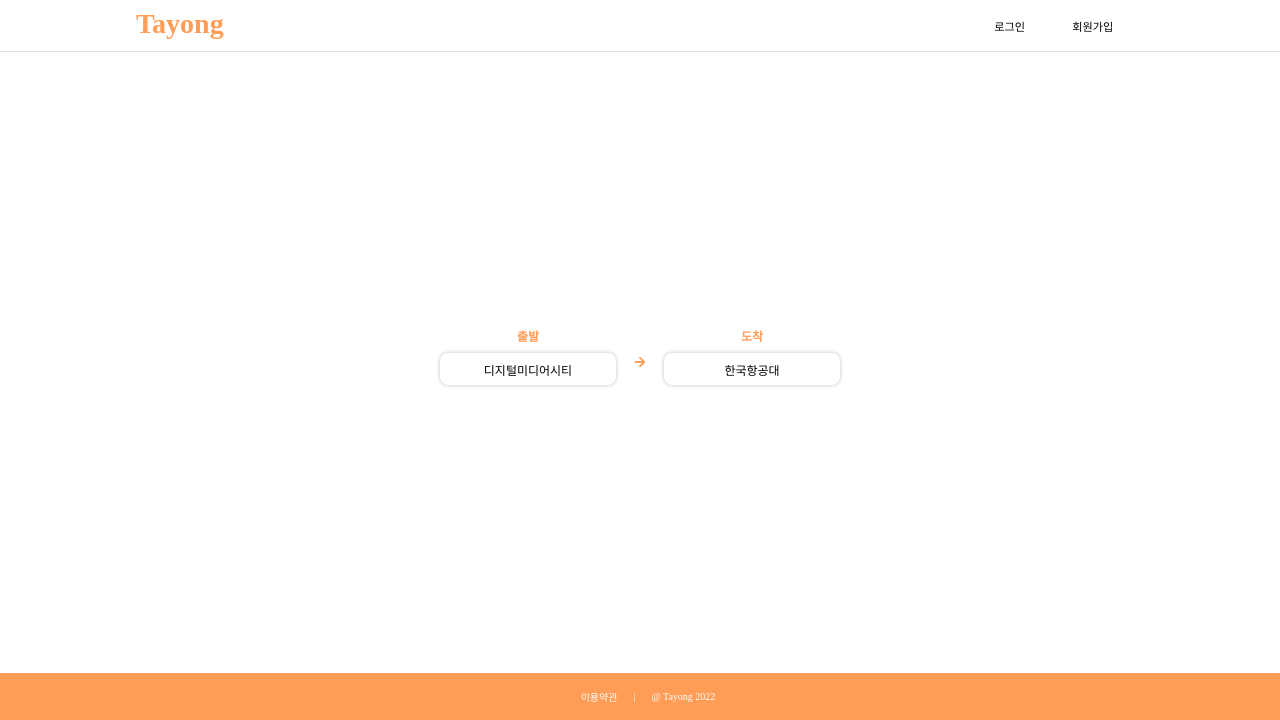
Repository: YEOMJINSEOP/playground
Page: /list (app in tayong/)
The author's editor kept a copy of each file at every save. The page is drawn from the files as they stood at one save, then again after the next save.
The browser window is 1280 px wide. The pictures show the whole page.
The project was rebuilt for these pictures with package versions that can differ from the ones it lists, and the page was loaded fresh each time. Also part of the build but not shown: tayong/src/components/departure/departure.module.css, tayong/src/components/departure/departure.jsx, tayong/src/components/arrival/arrival.module.css, tayong/src/components/arrival/arrival.jsx, tayong/src/components/locationSelector/locationSelector.jsx, tayong/src/pages/Home.jsx.

Above is the page before, as saved 2022-11-01 13:49:15.

### tayong/public/index.html
<!DOCTYPE html>
<html lang="en">
  <head>
    <base href="/" />
    <meta charset="utf-8" />
    <link rel="icon" href="%PUBLIC_URL%/favicon.ico" />
    <meta name="viewport" content="width=device-width, initial-scale=1" />
    <meta name="theme-color" content="#000000" />
    <meta
      name="description"
      content="Web site created using create-react-app"
    />
    <link rel="apple-touch-icon" href="%PUBLIC_URL%/logo192.png" />
    <!--
      manifest.json provides metadata used when your web app is installed on a
      user's mobile device or desktop. See https://developers.google.com/web/fundamentals/web-app-manifest/
    -->
    <link rel="manifest" href="%PUBLIC_URL%/manifest.json" />
    <!--
      Notice the use of %PUBLIC_URL% in the tags above.
      It will be replaced with the URL of the `public` folder during the build.
      Only files inside the `public` folder can be referenced from the HTML.

      Unlike "/favicon.ico" or "favicon.ico", "%PUBLIC_URL%/favicon.ico" will
      work correctly both with client-side routing and a non-root public URL.
      Learn how to configure a non-root public URL by running `npm run build`.
    -->
    <title>React App</title>
  </head>
  <body>
    <noscript>You need to enable JavaScript to run this app.</noscript>
    <div id="root"></div>
    <!--
      This HTML file is a template.
      If you open it directly in the browser, you will see an empty page.

      You can add webfonts, meta tags, or analytics to this file.
      The build step will place the bundled scripts into the <body> tag.

      To begin the development, run `npm start` or `yarn start`.
      To create a production bundle, use `npm run build` or `yarn build`.
    -->
  </body>
</html>

### tayong/src/App.js
import styles from './App.module.css';
import { createBrowserRouter, RouterProvider } from 'react-router-dom';
import Home from './pages/Home';
import List from './pages/List';

const router = createBrowserRouter([
  {
    path: "/",
    element: <Home/>,
    errorElement: <p>Error Page🐶</p>
  },
  {
    path: "/list/*",
    element: <List/>,
    errorElement: <p>Error Page🐶: list</p>
  }
])

function App() {


  return (
    <RouterProvider router={router}/>
  );
}

export default App;

### tayong/src/App.module.css
:root{

  /* color */
  --color-orange: #FF9C55;
  --color-light-grey: #e0e0e0;
  --color-white: #ffffff;
  --color-black: #201F1E;

  /* font size */
  --font-large: 48px;
  --font-medium: 28px;
  --font-regular: 18px;
  --font-small: 14px;
  --font-semi-small: 12px;
  --font-micro: 10px;

  /* font weight */
  --weight-bold: 700;
  --weight-semi-bold: 600;
  --weight-regular: 400;

 /* border weight */
 --border-weight: 1.5px;

 /* border radius */
 --border-radius: 0.7rem;
}

/* universal setting*/
*{
  margin: 0;
  box-sizing: border-box;
}

input:focus{
  outline: none;
}

button{
  border: none;
  cursor: pointer;
  background-color: transparent;
}

### tayong/src/pages/List.jsx
import React from 'react';
import Footer from '../components/footer/footer';
import Header from '../components/header/header';
import MeetList from '../components/list/meetList';

function List(props) {
  return (
    <>
      <Header/>
      <MeetList/>
      <Footer/>
    </>
  );
}

export default List;

### tayong/src/components/header/header.jsx
import React from 'react';
import styles from './header.module.css';

function Header(props) {
  return (
    <>
      <nav className={styles.navbar}>
        <p className={styles.logo}>Tayong</p>
        <div className={styles.navbarBtn}>
          <button className={styles.btn}>로그인</button>
          <button className={styles.btn}>회원가입</button>
        </div>
      </nav>
    </>
  );
}

export default Header;

### tayong/src/components/footer/footer.jsx
import React from 'react';
import styles from './footer.module.css';

function Footer(props) {
  return (
     <footer className={styles.footer}>
      <p className={styles.contract}>이용약관</p>
      <p> | </p>
      <p className={styles.name}>@ Tayong 2022</p>
     </footer>
  );
}

export default Footer;

### tayong/src/components/list/meetList.jsx
import React, { useEffect } from 'react';
import { useState } from 'react';
import styles from './meetList.module.css';
import { FaArrowRight } from 'react-icons/fa';
import { useParams } from 'react-router-dom';


function MeetList(props) {
  const [meetList, setMeetList] = useState([]);
  let param = useParams();
  console.log(param['*']);

  useEffect(() => {
    fetch('data/meet.json')
    .then(res => res.json())
    .then(data => {
      console.log('데이터를 잘 받아왔습니다.');
      setMeetList(data);
    });
  }, [])

  return (
    <div className={styles.meetList}>
      <div className={styles.location}>
        <div className={styles.locationDeparture}>
          <label htmlFor='departure'>출발</label>
          <input
              type="text"
              id='departure'
              name='departure'
              value = '디지털미디어시티'
              onChange={() => {
                console.log('');
              }}
          />
        </div>
      <FaArrowRight className={styles.locationArrow}/>
      <div className={styles.locationArrival}>
        <label htmlFor='arrival'>도착</label>
          <input
              type="text"
              id='arrival'
              name='arrival'
              value = '한국항공대'
              onChange={() => {
                console.log('');
              }}
          />
        </div>
      </div>

      <div className={styles.listContainer}>
        <ul className={styles.list}>
          {meetList.map((item) => {
            if(item.departure == param['*']){
              return (
                <li className={styles.meet} key={item.id}>
                  <div className={styles.infoImage}></div>
                  <div className={styles.infoLocation}>
                    <p className={styles.infoDeparture}><span>출발</span>{item.departure}</p>
                    <FaArrowRight className={styles.arrow}/>
                    <p><span>도착</span>{item.arrival}</p>
                  </div>
                  <div className={styles.infoSet}>
                    <p className={styles.infoRecruitment}><span>모집인원</span>{item.recruitment}</p>
                    <p className={styles.infoTime}><span>마감시간</span>{item.remainingTime}</p>
                  </div>
                </li>
                )
            }
          })}
        </ul>
      </div>

      <ul className={styles.list}>
        {meetList.map((item) => {
          if(item.departure == param['*']){
            return (
              <li className={styles.meet} key={item.id}>
                <div className={styles.infoImage}></div>
                <div className={styles.infoLocation}>
                  <p className={styles.infoDeparture}><span>출발</span>{item.departure}</p>
                  <FaArrowRight className={styles.arrow}/>
                  <p><span>도착</span>{item.arrival}</p>
                </div>
                <div className={styles.infoSet}>
                  <p className={styles.infoRecruitment}><span>모집인원</span>{item.recruitment}</p>
                  <p className={styles.infoTime}><span>마감시간</span>{item.remainingTime}</p>
                </div>
              </li>
              )
          }
        })}
      </ul>
    </div>
  );
}

export default MeetList;

### tayong/src/components/header/header.module.css
@import '../../App.module.css';

button{
  width: 4rem;
  font-size: 0.7rem;
}

.navbar{
  width: 100%;
  padding: 0.5rem;

  position: fixed;

  background-color: var(--color-white);
  border-bottom: var(--border-weight) solid var(--color-light-grey);
  display: flex;
  justify-content: space-between;
}

.logo{
  font-size: var(--font-medium);
  font-weight: bold;
  color: var(--color-orange);
  padding-left: 8rem;
  margin-bottom: 0.2rem;
  cursor: pointer;
}

.navbarBtn{
  display: flex;
  flex-direction: row;
  align-items: center;
  padding-right: 8rem;
}

.btn{
  margin-right: 1.2rem;
  height: 1.2rem;
  padding: 0;
  cursor: pointer;
}

### tayong/src/components/footer/footer.module.css
@import '../../App.module.css';

.footer{
  width: 100%;
  padding: 1rem;

  position: fixed;
  bottom: 0;

  background-color: var(--color-orange);
  color: var(--color-white);

  display: flex;
  flex-direction: row;
  justify-content: center;
  align-items: center;
  font-size: var(--font-micro)
}

p{
  padding-left: 1rem;
}

.contract:hover{
  cursor: pointer;
}

### tayong/src/components/locationSelector/locationSelector.module.css
@import '../../App.module.css';

.locationSelector{
  position: fixed;

  width: 100%;
  margin: auto;
  top: 35%;

  display: flex;
  flex-direction: column;
  align-items: center;
}

.location{
  display: flex;
  flex-direction: row;
  justify-content: space-between;
  margin-bottom: 30px;
}

.arrow{
  display: flex;
  align-items:center;
  padding-top: 2.8rem;
  font-size: var(--font-small);
  color: var(--color-orange);
}


.submitBtn{
  outline: none;
  width: 8rem;
  height: 2rem;
  color: var(--color-white);
  font-size: var(--font-micro);
  font-weight: var(--weight-bold);
  background-color: var(--color-orange);
  border-radius: var(--border-radius) ;
}

### tayong/src/components/list/meetList.module.css
@import '../../App.module.css';

.meetList{
  position: fixed;
  top: 3.5rem;
  bottom: 3.5rem;

  width: 100vw;

  padding: 0 0.rem;
  margin: auto;

  display: flex;
  flex-direction: column;
  justify-content: center;
  align-items: center;

}

.location{
  position: relative;
  display: flex;
  flex-direction: row;
  justify-content: space-around;
  text-align: center;
}

.locationDeparture, .locationArrival{
  display: flex;
  flex-direction: column;
  font-size: var(--font-semi-small);
  color: var(--color-orange);
  font-weight: var(--weight-bold);
  margin: 1rem;
}


.location input{
  width: 11rem;
  height: 2rem;
  margin: 0.5rem;
  padding: 0 0.5rem;

  text-align: center;
  background-color: var(--color-white);
  box-shadow: 0px 0px 4px rgba(0, 0, 0, 0.25);
  border: none;
  border-radius: 0.5rem;

  font-size: var(--font-semi-small);
  font-weight: var(--weight-regular);

}

.locationArrow{
  position: absolute;
  font-size: var(--font-semi-small);
  color: var(--color-orange);
  top: 45px;
}

/* .listContainer{
  position: re;
  /* top:
} */

.list{
  overflow-y:scroll;
  padding: 0;
  list-style: none;

  /* display: grid;
  grid-template-columns: repeat(4, 20%);
  column-gap: 3rem; */



  display: flex;
  justify-content: center;
  flex-wrap: wrap;
}

.meet{
  width: 100%;
  height: 10.5rem;
  background-color: var(--color-white);
  box-shadow: 0px 0px 4px rgba(0, 0, 0, 0.25);
  border-radius: 1rem;
  margin: 1rem 1rem;
}

.infoImage{
  width: 100%;
  height: 4rem;
  background-color: lightyellow;
  border-radius: 1rem 1rem 0 0;
}

.infoLocation{
  height: 4rem;
  display: flex;
  flex-direction: row;
  justify-content: center;
  padding: 0 0.5rem;
  align-items: center;
}

.infoLocation p{
  padding-left:0;
  display: flex;
  flex-direction: column;
  align-items: center;
  text-align: center;
  margin: 0 0.5rem;
  font-size: var(--font-semi-small);
  font-weight: var(--weight-bold);
}

.infoLocation span{
  width: 1.8rem;
  font-size: var(--font-micro);
  box-shadow: 0px 0px 1px rgba(0, 0, 0, 0.25);
  border-radius: 2px;
  margin-bottom: 0.5rem;
}

.arrow{
  position: relative;
  margin: 0 0.5rem;
  top: 0.5rem;
  font-size: var(--font-micro);
  color: var(--color-orange);
}

.infoSet{
  height: 2.5rem;
  display: flex;
  flex-direction: row;
  justify-content: space-around;
  align-items: center;
  padding-right:0.5rem;
}

.infoSet span{
  font-size: var(--font-micro);
  box-shadow: 0px 0px 1px rgba(0, 0, 0, 0.25);
  border-radius: 2px;
  padding: 0.2rem;
  margin-right: 0.5rem;
  margin-bottom: 0.5rem;
}

.infoSet p{
  text-align: center;
  font-size: var(--font-micro);
  font-weight: var(--weight-regular);
  text-align: center;
}

.infoRecruitment span{
  width: 5rem;
}

### tayong/public/data/meet.json
[
    {
      "id": 1,
      "departure": "디지털미디어시티",
      "arrival": "한국항공대학교",
      "recruitment": "2명/4명",
      "remainingTime": "1시간 27분 남음"
    },
    {
      "id": 2,
      "departure": "디지털미디어시티",
      "arrival": "한국항공대학교",
      "recruitment": "2명/4명",
      "remainingTime": "1시간 27분 남음"
    },
    {
      "id": 3,
      "departure": "행신역",
      "arrival": "한국항공대학교",
      "recruitment": "2명/4명",
      "remainingTime": "1시간 27분 남음"
    },
    {
      "id": 4,
      "departure": "디지털미디어시티",
      "arrival": "한국항공대학교",
      "recruitment": "2명/4명",
      "remainingTime": "1시간 27분 남음"
    },
    {
      "id": 5,
      "departure": "디지털미디어시티",
      "arrival": "한국항공대학교",
      "recruitment": "2명/4명",
      "remainingTime": "1시간 27분 남음"
    },
    {
      "id": 6,
      "departure": "디지털미디어시티",
      "arrival": "한국항공대학교",
      "recruitment": "2명/4명",
      "remainingTime": "1시간 27분 남음"
    },
    {
      "id": 7,
      "departure": "디지털미디어시티",
      "arrival": "한국항공대학교",
      "recruitment": "2명/4명",
      "remainingTime": "1시간 27분 남음"
    },
    {
      "id": 8,
      "departure": "디지털미디어시티",
      "arrival": "한국항공대학교",
      "recruitment": "2명/4명",
      "remainingTime": "1시간 27분 남음"
    },
    {
      "id": 9,
      "departure": "디지털미디어시티",
      "arrival": "한국항공대학교",
      "recruitment": "2명/4명",
      "remainingTime": "1시간 27분 남음"
    },
    {
      "id": 10,
      "departure": "디지털미디어시티",
      "arrival": "한국항공대학교",
      "recruitment": "2명/4명",
      "remainingTime": "1시간 27분 남음"
    },
    {
      "id": 11,
      "departure": "디지털미디어시티",
      "arrival": "한국항공대학교",
      "recruitment": "2명/4명",
      "remainingTime": "1시간 27분 남음"
    },
    {
      "id": 12,
      "departure": "디지털미디어시티",
      "arrival": "한국항공대학교",
      "recruitment": "2명/4명",
      "remainingTime": "1시간 27분 남음"
    },
    {
      "id": 13,
      "departure": "디지털미디어시티",
      "arrival": "한국항공대학교",
      "recruitment": "2명/4명",
      "remainingTime": "1시간 27분 남음"
    }



]

Loaded but not shown: tayong/src/index.js (common file); tayong/src/index.css (common file); tayong/src/reportWebVitals.js (common file)

After the next save:
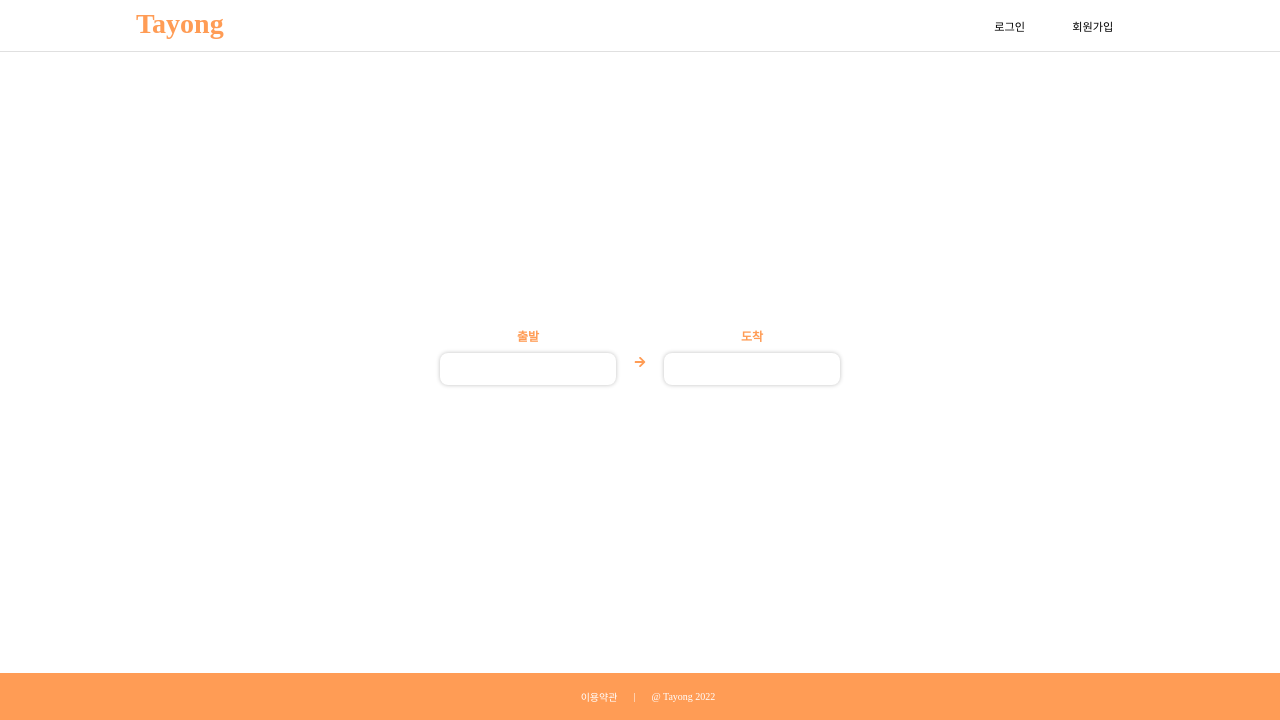
Saved 69 min 6 s later.
--- a/tayong/src/components/list/meetList.jsx
+++ b/tayong/src/components/list/meetList.jsx
@@ -1,14 +1,19 @@
 import React, { useEffect } from 'react';
 import { useState } from 'react';
+import {v4 as uuidV4} from 'uuid';
 import styles from './meetList.module.css';
 import { FaArrowRight } from 'react-icons/fa';
 import { useParams } from 'react-router-dom';
 
 
 function MeetList(props) {
+
   const [meetList, setMeetList] = useState([]);
   let param = useParams();
-  console.log(param['*']);
+  // console.log(param['*']);
+  const depLoc = param['*'].split('/')[0];
+  const arrLoc = param['*'].split('/')[1]
+  console.log(param['*'].split('/'));
 
   useEffect(() => {
     fetch('data/meet.json')
@@ -24,57 +29,28 @@ function MeetList(props) {
       <div className={styles.location}>
         <div className={styles.locationDeparture}>
           <label htmlFor='departure'>출발</label>
-          <input
+          <input readOnly={true}
               type="text"
               id='departure'
               name='departure'
-              value = '디지털미디어시티'
-              onChange={() => {
-                console.log('');
-              }}
+              value = {depLoc}
           />
         </div>
       <FaArrowRight className={styles.locationArrow}/>
       <div className={styles.locationArrival}>
         <label htmlFor='arrival'>도착</label>
           <input
+              readOnly={true}
               type="text"
               id='arrival'
               name='arrival'
-              value = '한국항공대'
-              onChange={() => {
-                console.log('');
-              }}
+              value = {arrLoc}
           />
         </div>
       </div>
-
-      <div className={styles.listContainer}>
-        <ul className={styles.list}>
-          {meetList.map((item) => {
-            if(item.departure == param['*']){
-              return (
-                <li className={styles.meet} key={item.id}>
-                  <div className={styles.infoImage}></div>
-                  <div className={styles.infoLocation}>
-                    <p className={styles.infoDeparture}><span>출발</span>{item.departure}</p>
-                    <FaArrowRight className={styles.arrow}/>
-                    <p><span>도착</span>{item.arrival}</p>
-                  </div>
-                  <div className={styles.infoSet}>
-                    <p className={styles.infoRecruitment}><span>모집인원</span>{item.recruitment}</p>
-                    <p className={styles.infoTime}><span>마감시간</span>{item.remainingTime}</p>
-                  </div>
-                </li>
-                )
-            }
-          })}
-        </ul>
-      </div>
-
       <ul className={styles.list}>
         {meetList.map((item) => {
-          if(item.departure == param['*']){
+          if(item.departure == depLoc && item.arrival == arrLoc){
             return (
               <li className={styles.meet} key={item.id}>
                 <div className={styles.infoImage}></div>
